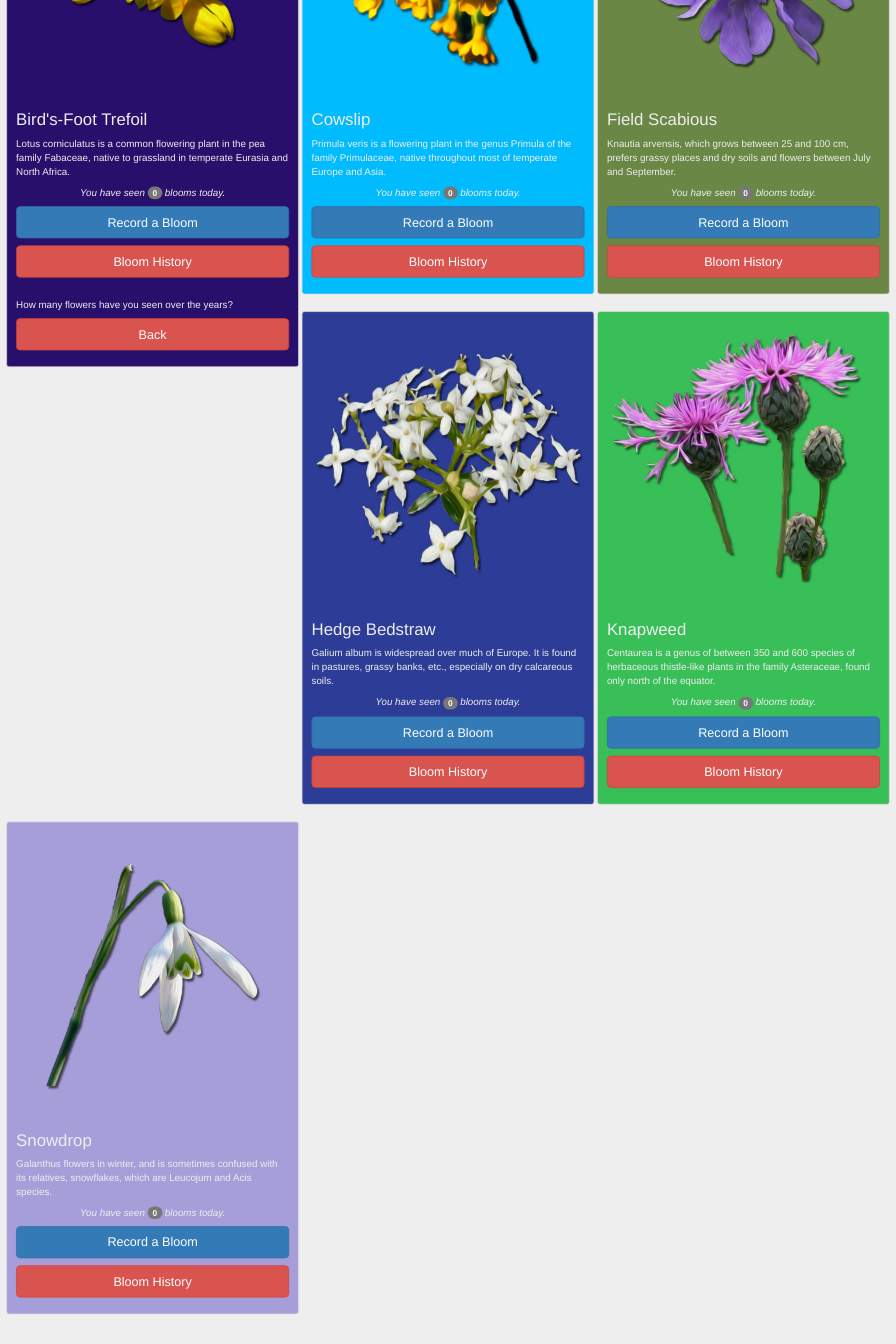
Repository: cachao/clh-flowerspotter
Page: clh-flowerspotter.html
The author's editor kept a record of every edit. The page is drawn from the files as they stood at one moment, then again after the next edit.
The browser window is 1280 px wide. The pictures show the part of the page from y = 831 to 2751 px (the page is 2751 px tall before and 2023 px after), at 70% of full size.
Some web libraries are served in a nearby version.

Above is the page before.
Console error: SyntaxError: Unexpected token '}'

After the next edit:
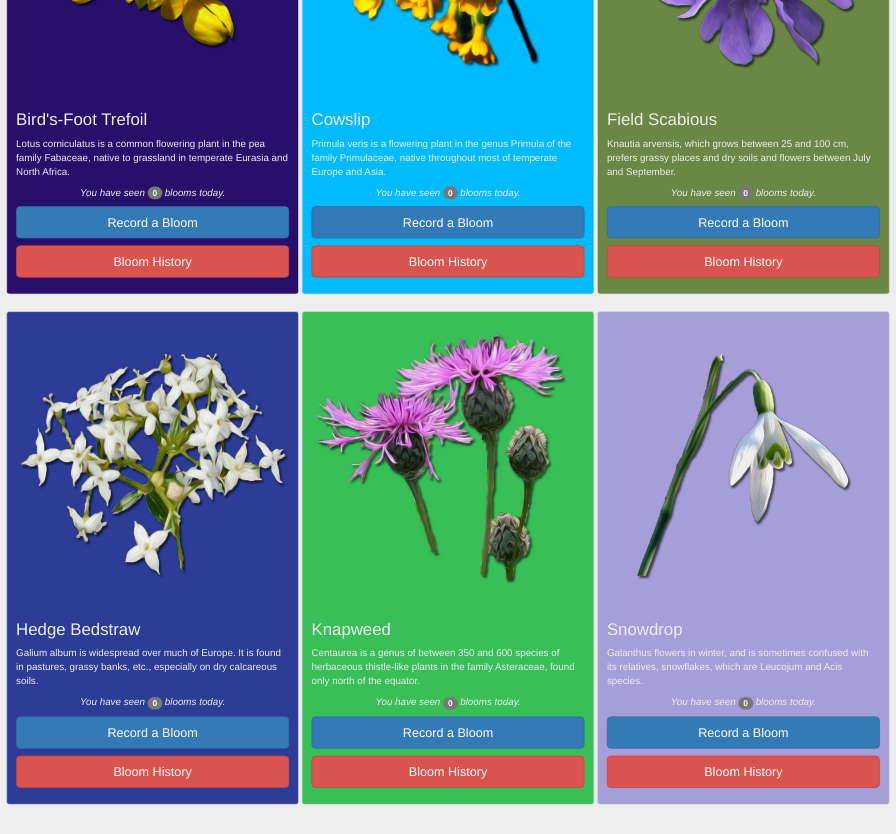
The error is gone.
The edit:
--- a/clh-fs-workspace.js
+++ b/clh-fs-workspace.js
@@ -34,7 +34,7 @@
         //part 1: make room for report
         $(this).closest(".thumbnail").children().not(".img-responsive").toggle()
         //part 2: print data
-        var flower =
+        var flower = "placeHolder";
     });
 
 
